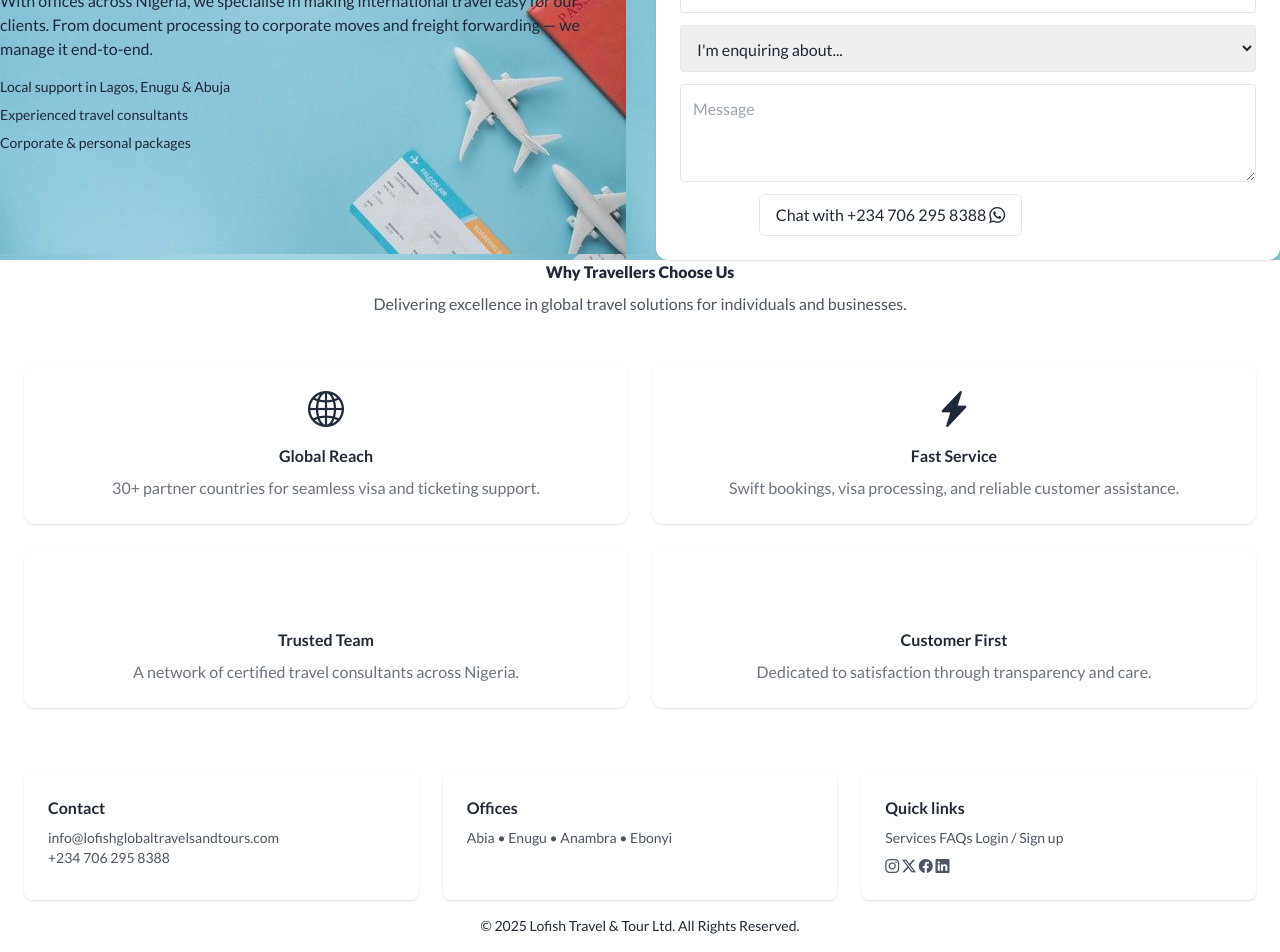
Repository: PhantomMiles/Lofish-Travels-and-Tours
Page: index.html
An editor plug-in stored every save of this project. The page is shown before and after the next save, followed by the edit.
The browser window is 1280 px wide. The pictures show the part of the page from y = 921 to 1873 px (the page is 1873 px tall).
Some web libraries are served in a nearby version.

Above is the page before, as saved 2025-11-12 16:22:41.
Console error (its wording comes from the project's code and is left out).

After the next save:
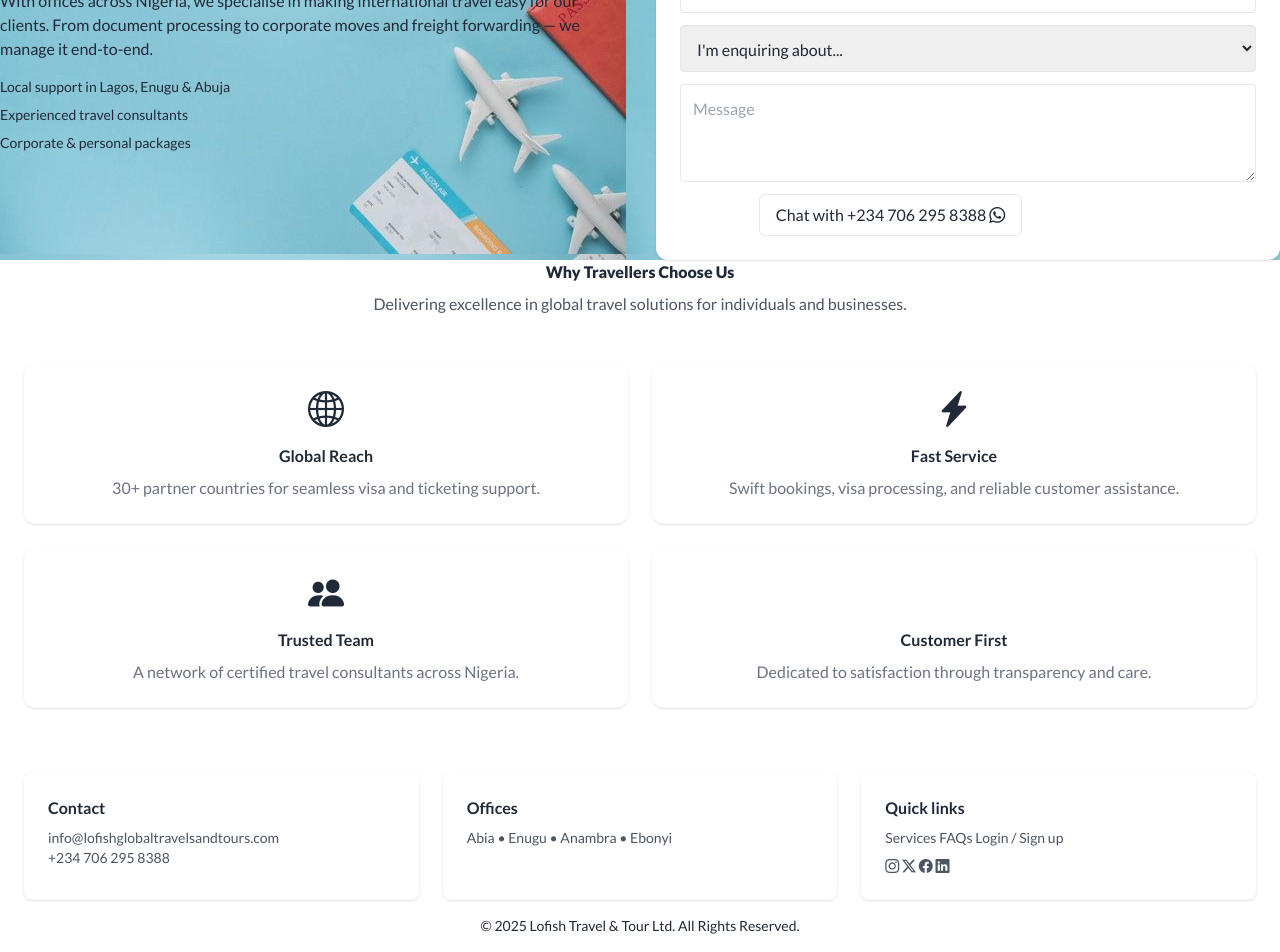
Saved 47 s later.
--- a/index.html
+++ b/index.html
@@ -321,7 +321,7 @@
         <div class="relative flex flex-col items-center text-center">
           <div
             class="flex items-center justify-center w-16 h-16 transition-all duration-500 rounded-full bg-gold group-hover:bg-gold/20">
-            <i class="text-4xl text-white transition-colors duration-500 bi bi-people-fill group-hover:text-gold"></i>
+            <i class="text-4xl transition-colors duration-500 text-gold/20 bi bi-people-fill group-hover:text-gold"></i>
           </div>
           <h3 class="mt-4 text-xl font-bold text-gray-800 transition-colors duration-500 group-hover:text-white">
             Trusted Team
